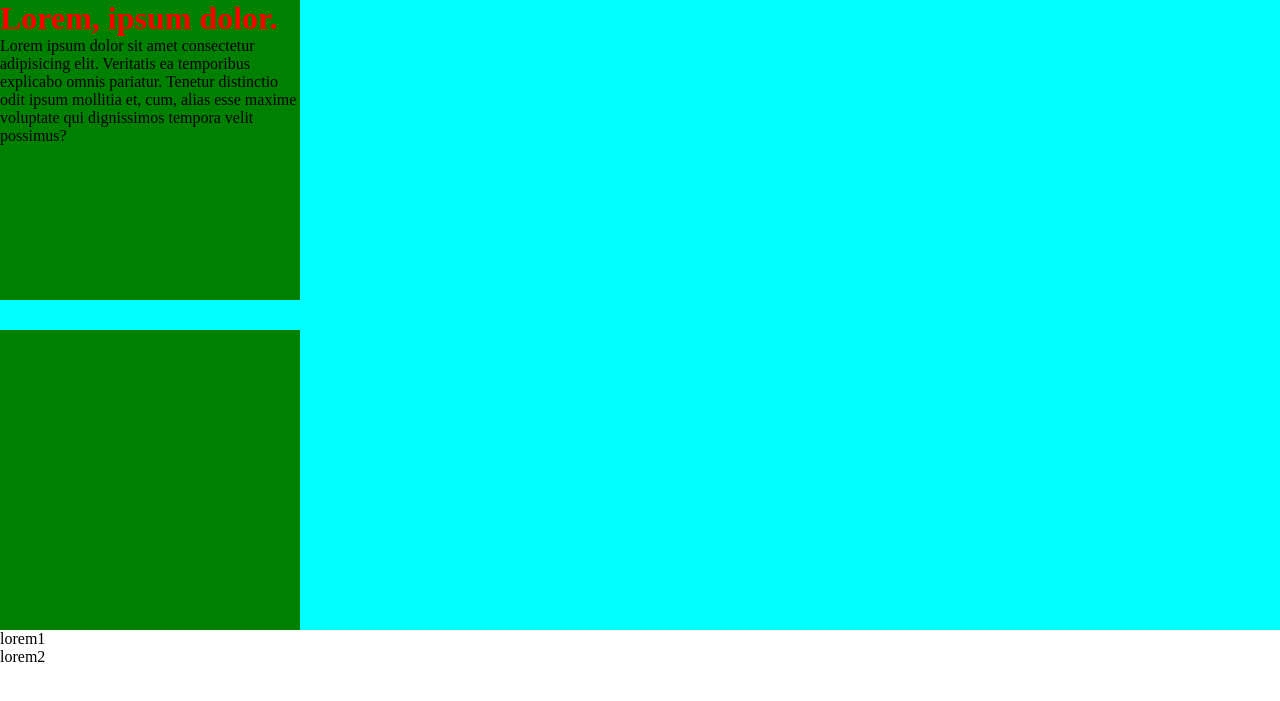
Repository: AytacSafarova/Scss-sample
Page: pages/homePage/index.html
The author's editor kept a copy of each file at every save. The page is drawn from the files as they stood at one save, then again after a run of saves.
The browser window is 1280 px wide. The pictures show the whole page.
The style sheet was rebuilt from its Sass, Less or Tailwind sources for each picture, by a compiler version that may differ from the author's.

Above is the page before, as saved 2023-11-09 14:24:32.

### pages/homePage/index.html
<!DOCTYPE html>
<html lang="en">
  <head>
    <meta charset="UTF-8" />
    <meta name="viewport" content="width=device-width, initial-scale=1.0" />
    <title>Document</title>
    <link rel="stylesheet" href="../../assets/css/reset.css" />
    <link rel="stylesheet" href="./index.css">
  </head>
  <body>
    <div class="container">
      <div class="child">
        <h1>Lorem, ipsum dolor.</h1>
        <p>
          Lorem ipsum dolor sit amet consectetur adipisicing elit. Veritatis ea
          temporibus explicabo omnis pariatur. Tenetur distinctio odit ipsum
          mollitia et, cum, alias esse maxime voluptate qui dignissimos tempora
          velit possimus?
        </p>
      </div>
      <div class="child-1">
        <p>
          Lorem ipsum dolor sit amet consectetur, adipisicing elit. Hic, ab
          saepe alias consectetur natus mollitia cumque ducimus sapiente
          repudiandae deserunt amet officia similique quo distinctio autem! Aut
          laborum doloremque itaque.
        </p>
      </div>
    </div>
    <div class="container-1">
      <p>lorem1</p>
      <p>lorem2</p>
    </div>
  </body>
</html>

### assets/css/reset.css
*{
    margin: 0;
    padding: 0;
    box-sizing: border-box;
}
button{
    border: none;
}
li{
    list-style-type:none ;
}
a{
    text-decoration: none;
}

### pages/homePage/index.scss
$boxColor:green;


.container {
  background-color: aqua;
  .child {
    width: 300px;
    height: 300px;
    background-color: $boxColor;
    h1 {
      color: red;
    }
  }
  .child-1{
    width: 300px;
    height: 300px;
    background-color: $boxColor;
    margin-top: 30px;
    p{
        color: green;
    }
  }
}

After the next 4 saves:
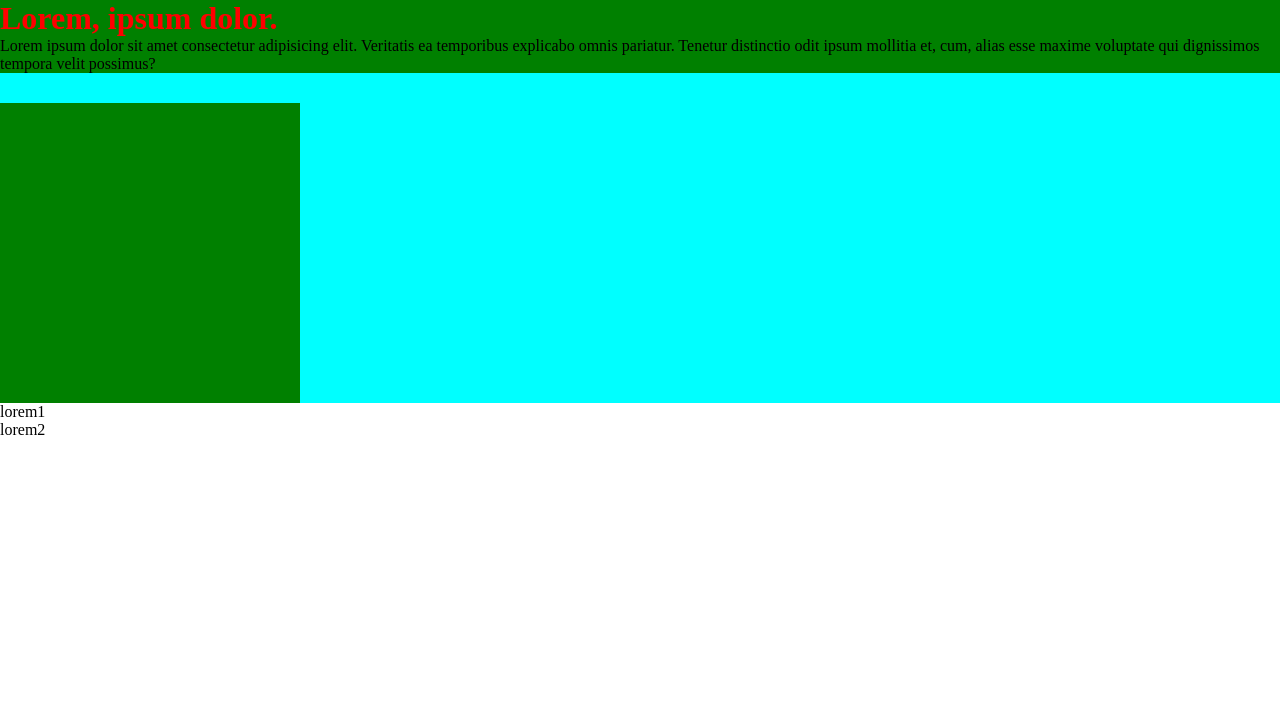
The 4 saves are shown as one change because 1 did not build or start and some came seconds apart.
The last was saved 21 s later.
--- a/pages/homePage/index.scss
+++ b/pages/homePage/index.scss
@@ -1,11 +1,13 @@
 $boxColor:green;
 
-
+@mixin box-size{
+    width: 300px;
+    height: 300px;
+}
 .container {
   background-color: aqua;
   .child {
-    width: 300px;
-    height: 300px;
+
     background-color: $boxColor;
     h1 {
       color: red;
